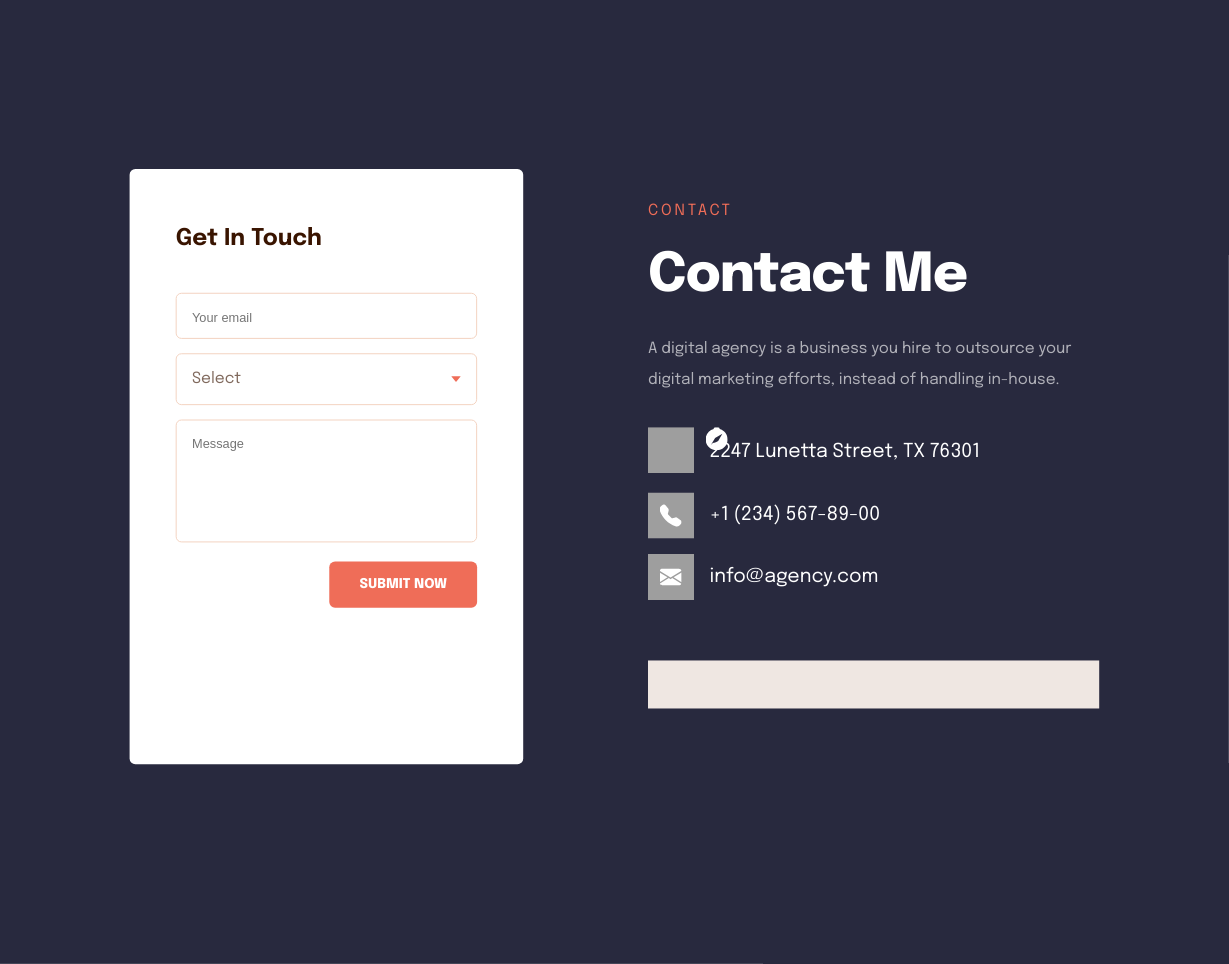
Repository: NatiqSamiyev/form-task-2
Page: index.html
An editor plug-in stored every save of this project. The page is shown before and after the next save, followed by the edit.
The browser window is 1280 px wide. The pictures show the whole page, at 96% of full size.
Pictures or frames that could not be fetched are drawn as grey boxes. Some web fonts or font styles are not loaded; a fallback is used.

Above is the page before, as saved 2023-10-30 11:50:29.

After the next save:
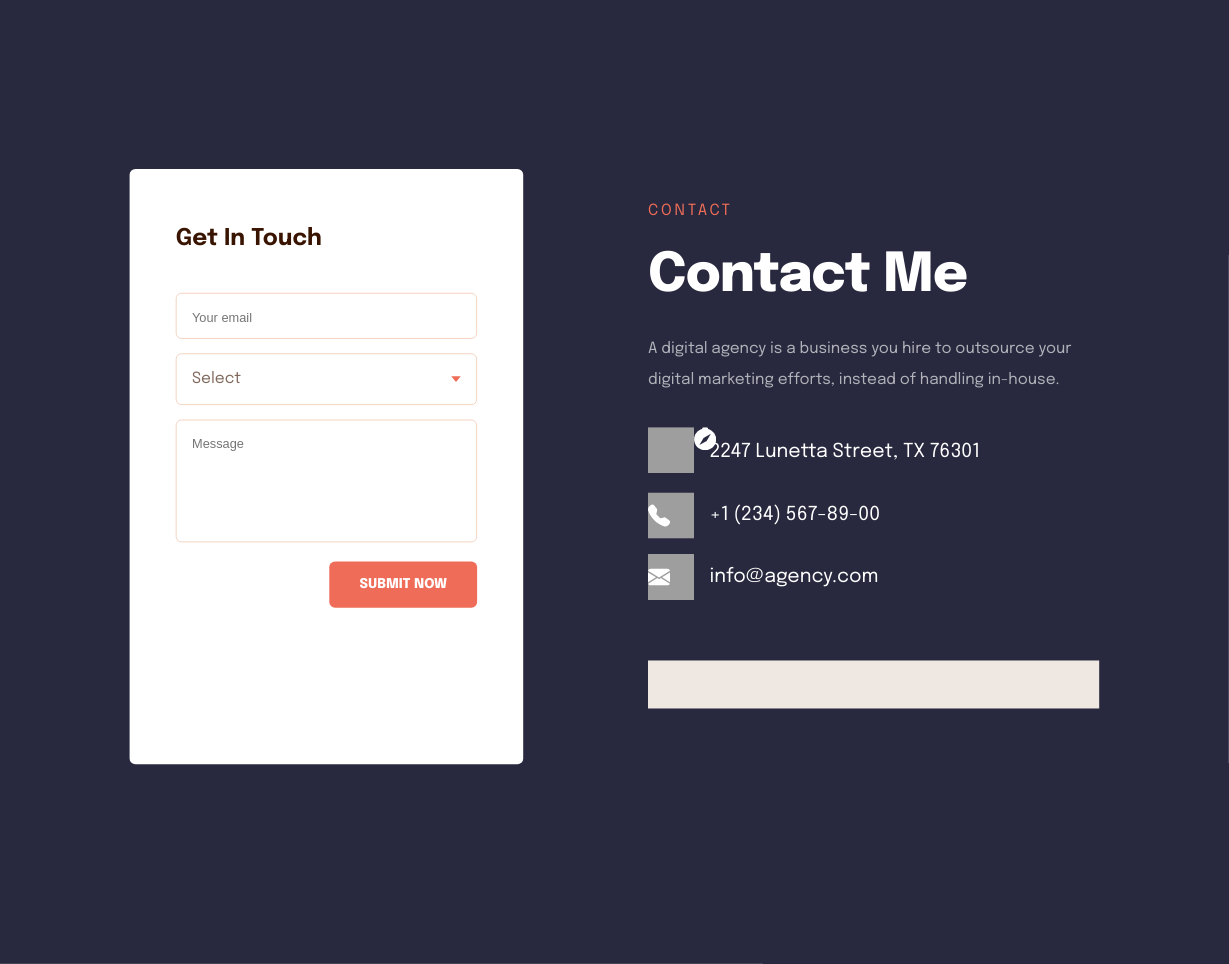
Saved 4 s later.
--- a/index.css
+++ b/index.css
@@ -137,7 +137,7 @@ ul li {
   height: 24px;
   fill: #fff;
   position: absolute;
-  margin-left: 12px;
+
 }
 
 ul li p {
